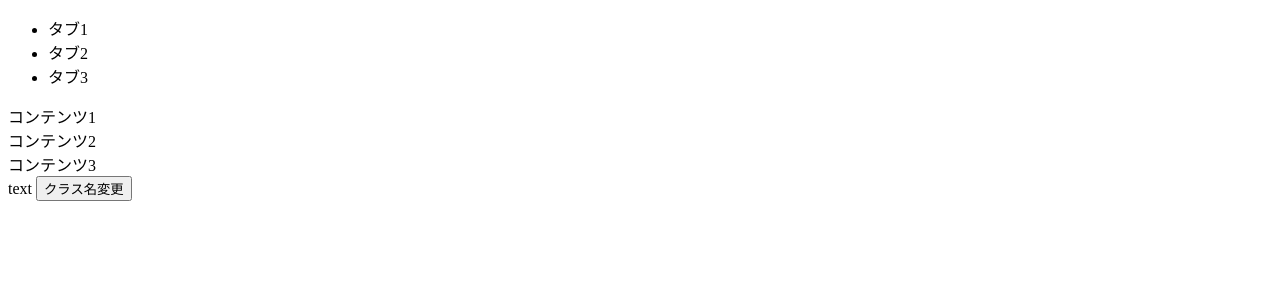
Repository: masanarimiura/20220617_miura
Page: index.html
The author's editor kept a copy of each file at every save. The page is drawn from the files as they stood at one save, then again after a run of saves.
The browser window is 1280 px wide. The pictures show the whole page.

Above is the page before, as saved 2022-06-17 17:05:19.

### index.html
<!DOCTYPE html>
<html lang="ja">

<head>
  <meta charset="UTF-8">
  <meta http-equiv="X-UA-Compatible" content="IE=edge">
  <meta name="viewport" content="width=device-width, initial-scale=1.0">
  <title>Document</title>
  <script src="https://cdn.jsdelivr.net/npm/vue@2/dist/vue.js"></script>
</head>

<body>
  <!-- 切り替えタブ -->
  <div id="tab">
    <ul class="tab-menu">
      <li class="tab-menu__item active">タブ1</li>
      <li class="tab-menu__item">タブ2</li>
      <li class="tab-menu__item">タブ3</li>
    </ul>
    <div class="tab-content">
      <div class="tab-content__item show">コンテンツ1</div>
      <div class="tab-content__item">コンテンツ2</div>
      <div class="tab-content__item">コンテンツ3</div>
    </div>
  </div>

  <div id="app">
    <a v-bind:class="customClassName">text</a>
    <button v-on:click="changeClassName">クラス名変更</button>
  </div>
  <script>
    const vm = new Vue({
      el: '#app',
      data() {
        return {
          customClassName: null,
        }
      },
      methods: {
        changeClassName() {
          this.customClassName = 'bigFont';
        }
      }
    });
  </script>
  <style>

    .bigFont {
      font-size: 200px;
    }
  </style>
  </body>

</html>

After the next 2 saves:
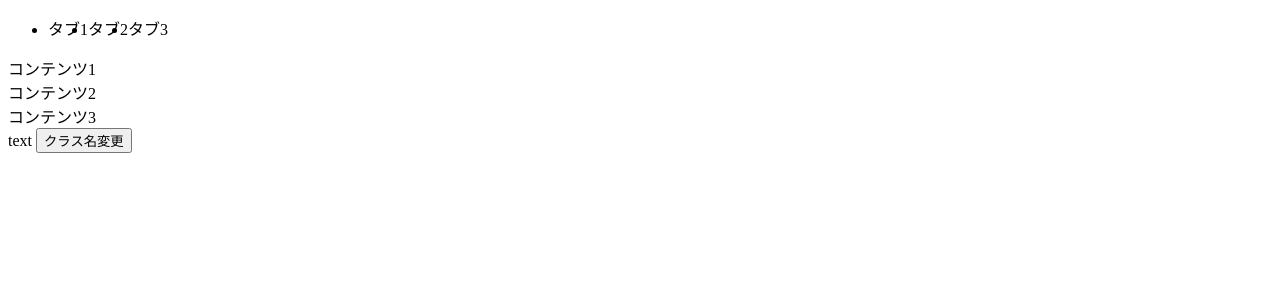
The 2 saves are shown as one change because they came seconds apart.
The last was saved 14 s later.
--- a/index.html
+++ b/index.html
@@ -44,11 +44,14 @@
     });
   </script>
   <style>
+    .tab-menu {
+      display: flex;
+    }
 
     .bigFont {
       font-size: 200px;
     }
   </style>
-  </body>
+</body>
 
 </html>
